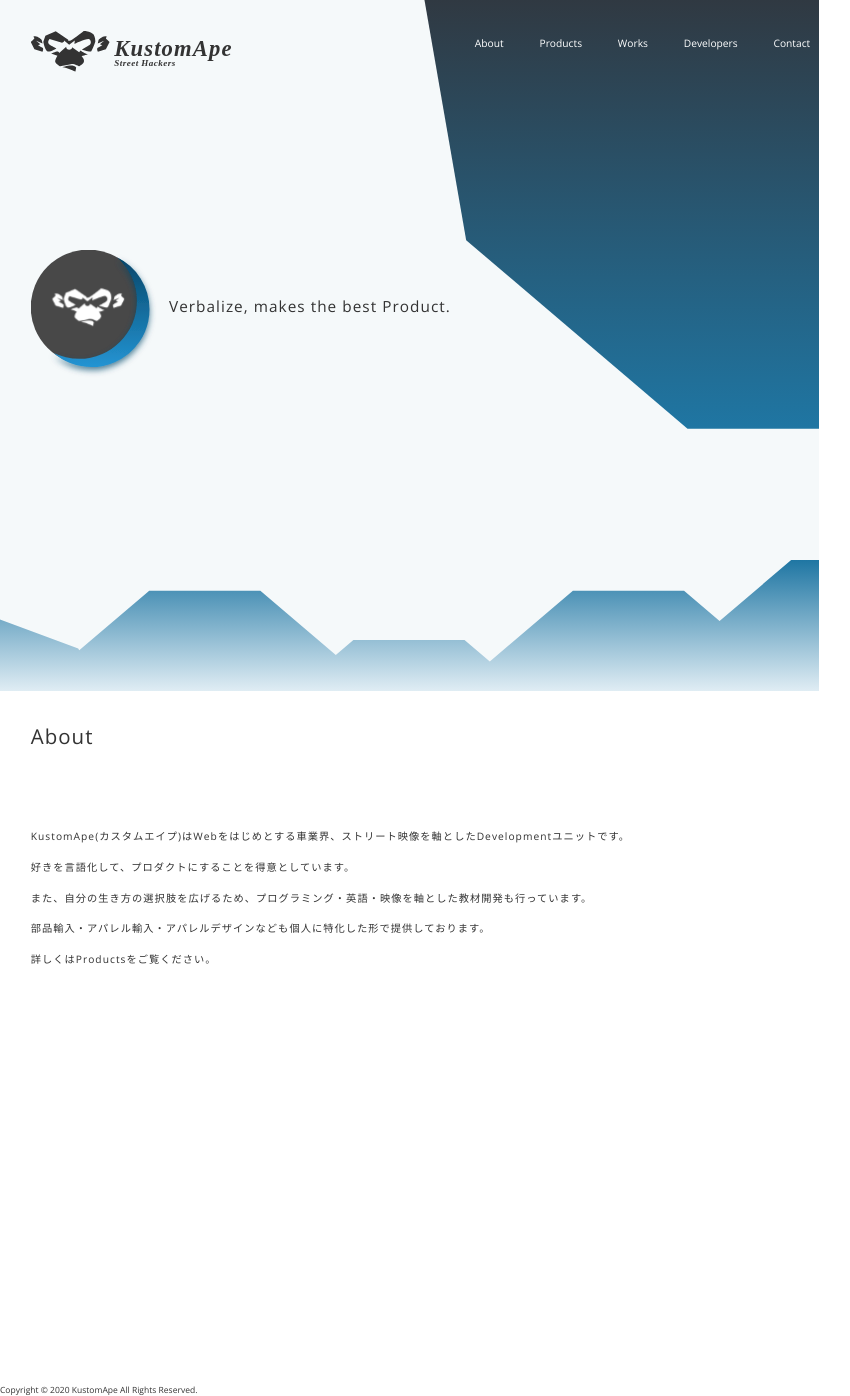
Repository: AirDepot/web
Page: index.html
An editor plug-in stored every save of this project. The page is shown before and after the next save, followed by the edit.
The browser window is 1280 px wide. The page is 1328 px wide, so the pictures cover 1328 px, including what lies to the right of the window. The pictures show the whole page, at 64% of full size.

Above is the page before, as saved 2020-02-11 23:20:52.

After the next save:
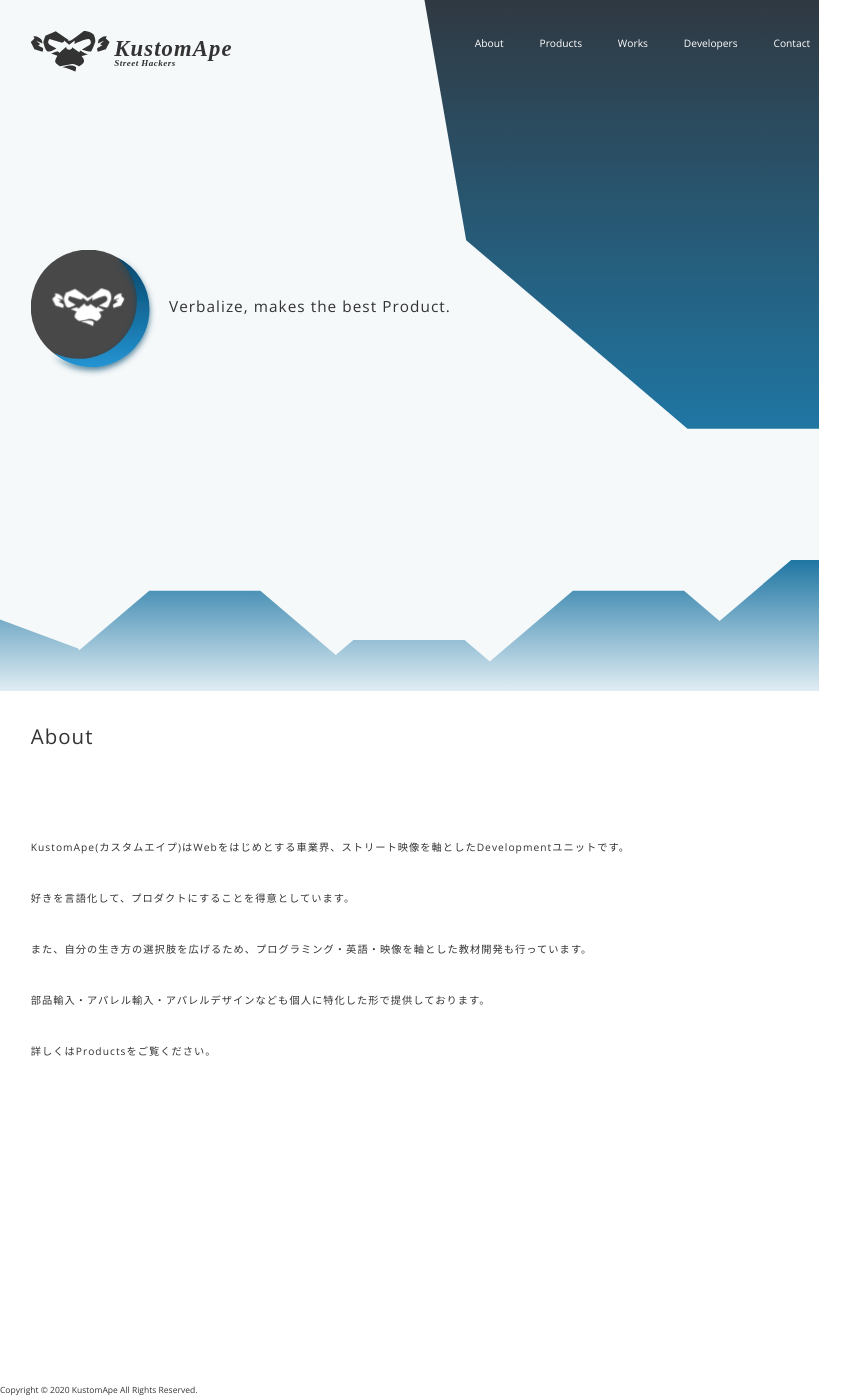
Saved 3 s later.
--- a/assets/css/common.css
+++ b/assets/css/common.css
@@ -111,5 +111,5 @@ div#about p#about_kustomape {
     margin-left: 3rem;
     font-size: 1rem;
     letter-spacing: 0.1rem;
-    line-height: 3rem;
+    line-height: 5rem;
 }
